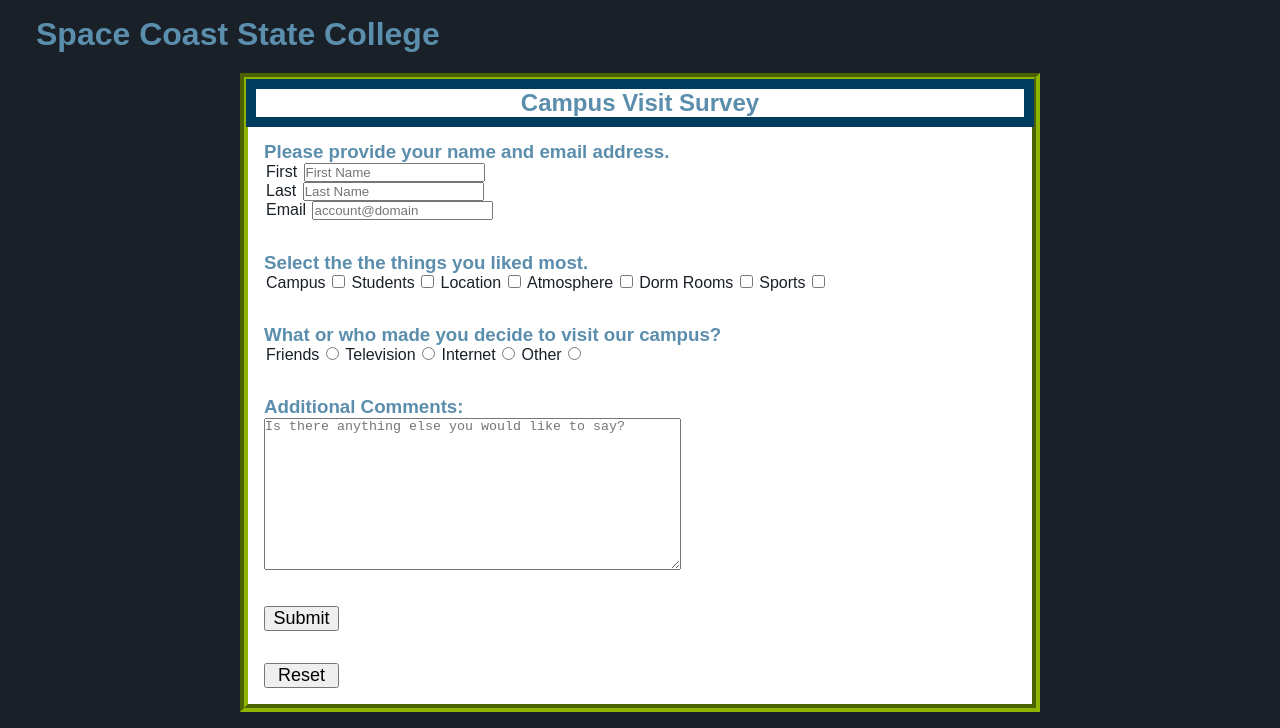
Repository: mlmEFSC21/P2-University-Form
Page: index.html
An editor plug-in stored every save of this project. The page is shown before and after the next save, followed by the edit.
The browser window is 1280 px wide. The pictures show the whole page.
Some web fonts or font styles are not loaded; a fallback is used.

Above is the page before, as saved 2022-01-29 20:04:19.

After the next save:
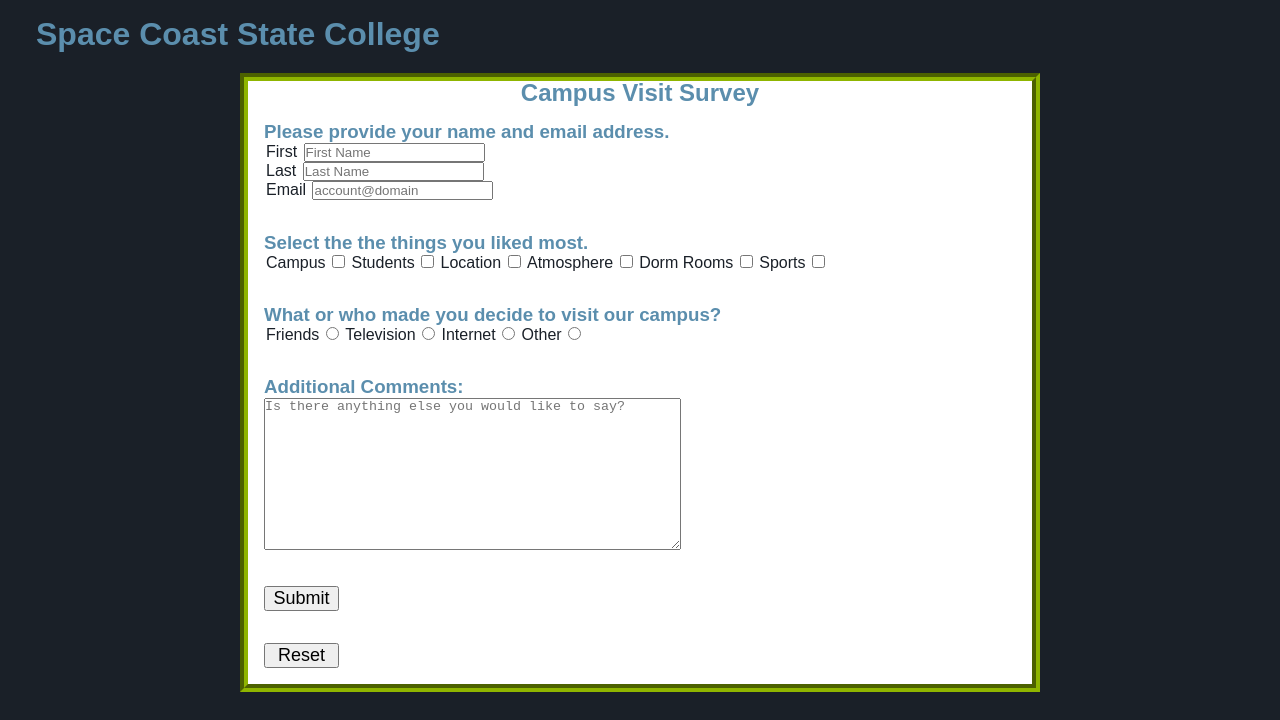
Saved 10 s later.
--- a/uniFormStyles.css
+++ b/uniFormStyles.css
@@ -30,7 +30,7 @@
     margin: -0.75em;
     background-color: var(--clr-prime);
     background: local;
-    border: 10px solid var(--clr-prime);
+
     text-align: center;
 }
 form {

After the save that followed:
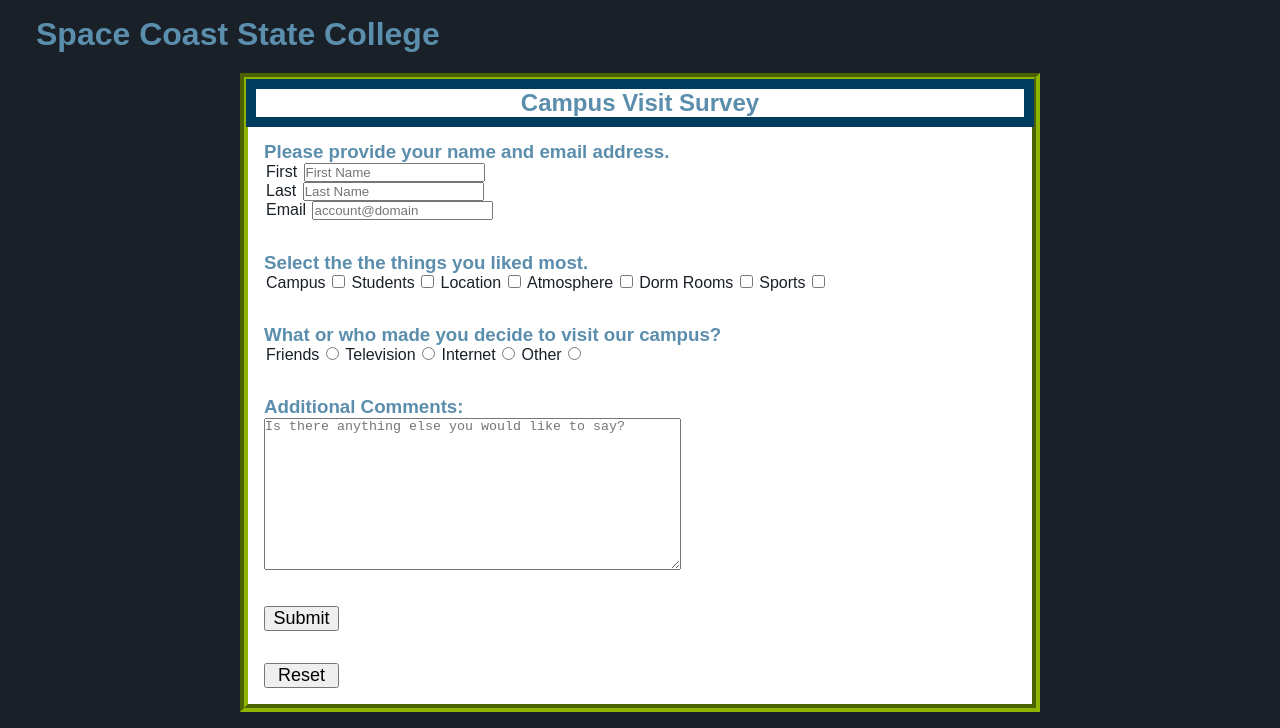
Saved 6 s later.
--- a/uniFormStyles.css
+++ b/uniFormStyles.css
@@ -30,7 +30,7 @@
     margin: -0.75em;
     background-color: var(--clr-prime);
     background: local;
-
+    border: 10px solid var(--clr-prime);
     text-align: center;
 }
 form {
